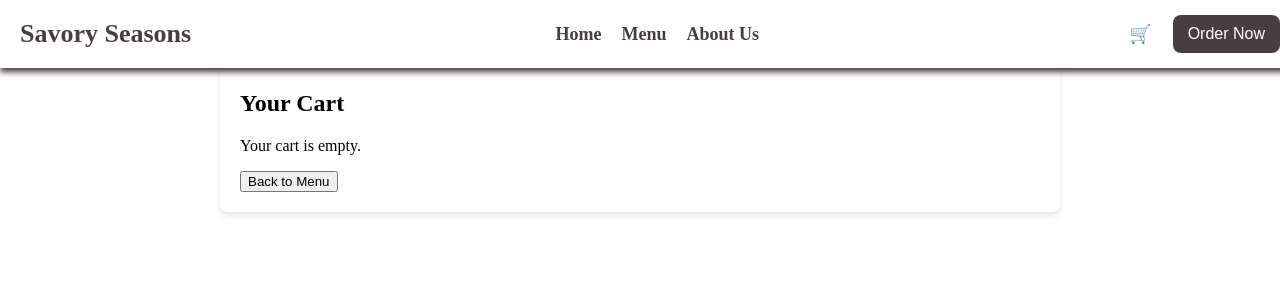
Repository: KalebMalone/Resturant
Page: /cart (app in my-app/)
The author's editor kept a copy of each file at every save. The page is drawn from the files as they stood at one save, then again after the next save.
The browser window is 1280 px wide. The pictures show the whole page.
The project was rebuilt for these pictures with package versions that can differ from the ones it lists, and the page was loaded fresh each time. Also part of the build but not shown: my-app/vite.config.js, my-app/src/index.css, my-app/src/pages/Home.jsx, my-app/src/components/Menu.jsx, my-app/src/pages/AboutUs.jsx, my-app/src/components/OrderPage.jsx.

Above is the page before, as saved 2025-03-28 20:58:19.

### my-app/src/App.jsx
import React from 'react';
import { BrowserRouter as Router, Routes, Route } from 'react-router-dom';
import NavBar from './components/NavBar';
import Home from './pages/Home';
import Menu from './components/Menu';
import AboutUs from './pages/AboutUs';
import OrderPage from './components/OrderPage';
import Cart from './components/Cart';
import { CartProvider } from './context/CartContext';

function App() {
  return (
    <CartProvider>
      <Router>
        <NavBar />
        <Routes>
          <Route path="/" element={<Home />} />
          <Route path="/menu" element={<Menu />} />
          <Route path="/about" element={<AboutUs />} />
          <Route path="/order" element={<OrderPage />} />
          <Route path="/cart" element={<Cart />} />
        </Routes>
      </Router>
    </CartProvider>
  );
}

export default App;

### my-app/src/components/NavBar.jsx
import { Link, useNavigate } from "react-router-dom";
import { useState } from "react";
import styled from "styled-components";

// Styling for the Header (Navbar container)
const Header = styled.header`
  position: fixed;
  top: 0;
  left: 0;
  width: 100%;
  background-color: rgb(255, 255, 255);
  padding: 15px 20px;
  box-shadow: 0 4px 6px rgb(71, 63, 63);
  z-index: 1000;
  display: flex;
  align-items: center;
  justify-content: space-between;
`;

// Title of the Navbar, clickable to navigate to Home
const Title = styled.h1`
  font-size: 26px;
  font-weight: bold;
  color: rgb(71, 63, 63);
  margin: 0;
  cursor: pointer;
  &:hover {
    color: rgb(71, 63, 63);
  }
`;

// Navigation container for the links
const Navigation = styled.nav`
  display: flex;
  gap: 20px;
  justify-content: center;
  flex-grow: 1;
`;

// Styling for individual navigation links
const StyledNavLink = styled(Link)`
  text-decoration: none;
  color: rgb(71, 63, 63);
  font-weight: bold;
  font-size: 18px;
  &:hover {
    color: rgb(71, 63, 63);
  }
`;

// Styled Cart Button
const CartButton = styled.button`
  background: none;
  border: none;
  font-size: 18px;
  color: rgb(71, 63, 63);
  cursor: pointer;
  position: relative;
  margin-right: 15px;

  &:hover {
    color: rgb(50, 50, 50);
  }
`;

// Cart Item Count Badge
const CartBadge = styled.span`
  background: red;
  color: white;
  font-size: 12px;
  font-weight: bold;
  border-radius: 50%;
  padding: 3px 7px;
  position: absolute;
  top: -5px;
  right: -10px;
`;

// Styling for the Order Now button
const OrderButton = styled.button`
  background: rgb(71, 63, 63);
  color: white;
  border: none;
  padding: 10px 15px;
  border-radius: 8px;
  cursor: pointer;
  font-size: 16px;
  margin-right: 20px;
  &:hover {
    background: rgb(50, 50, 50);
  }
`;

function NavBar() {
  const navigate = useNavigate();
  const [cartCount, setCartCount] = useState(0); // Example state, replace with real data

  return (
    <Header>
      <Link to="/" style={{ textDecoration: "none" }}>
        <Title>Savory Seasons</Title>
      </Link>

      <Navigation>
        <StyledNavLink to="/">Home</StyledNavLink>
        <StyledNavLink to="/menu">Menu</StyledNavLink>
        <StyledNavLink to="/about">About Us</StyledNavLink>
      </Navigation>

      {/* Cart Button */}
      <CartButton onClick={() => navigate("/cart")}>
        🛒
        {cartCount > 0 && <CartBadge>{cartCount}</CartBadge>}
      </CartButton>

      {/* Order Now Button */}
      <OrderButton onClick={() => navigate("/order")}>Order Now</OrderButton>
    </Header>
  );
}

export default NavBar;

### my-app/src/components/Cart.jsx
import React from 'react';
import styled from 'styled-components';
import { useNavigate } from 'react-router-dom';

const CartContainer = styled.div`
  max-width: 800px;
  margin: 50px auto;
  padding: 20px;
  background: white;
  box-shadow: 0 4px 6px rgba(0, 0, 0, 0.1);
  border-radius: 8px;
`;

const CartItem = styled.div`
  display: flex;
  justify-content: space-between;
  padding: 10px;
  border-bottom: 1px solid #ddd;
`;

const RemoveButton = styled.button`
  background: red;
  color: white;
  border: none;
  padding: 5px 10px;
  cursor: pointer;
  border-radius: 5px;
`;

const Cart = ({ cart, setCart }) => {
    const navigate = useNavigate();

    // Ensure cart is always an array
    const safeCart = cart || [];

    const removeFromCart = (index) => {
        const newCart = safeCart.filter((_, i) => i !== index);
        setCart(newCart);
    };

    return (
        <CartContainer>
            <h2>Your Cart</h2>
            {safeCart.length === 0 ? (
                <p>Your cart is empty.</p>
            ) : (
                safeCart.map((item, index) => (
                    <CartItem key={index}>
                        <span>{item.name} - ${item.price}</span>
                        <RemoveButton onClick={() => removeFromCart(index)}>Remove</RemoveButton>
                    </CartItem>
                ))
            )}
            <button onClick={() => navigate('/order')}>Back to Menu</button>
        </CartContainer>
    );
};


export default Cart;

### my-app/src/context/CartContext.jsx
// src/context/CartContext.js
import React, { createContext, useContext, useState } from 'react';

// Create a Context for the cart
const CartContext = createContext();

// Cart Provider component to wrap around your application
export const CartProvider = ({ children }) => {
    const [cart, setCart] = useState([]);

    const addToCart = (item) => {
        setCart((prevCart) => [...prevCart, item]);
    };

    const getCartItemCount = () => cart.length;

    return (
        <CartContext.Provider value={{ cart, addToCart, getCartItemCount }}>
            {children}
        </CartContext.Provider>
    );
};

// Custom hook to use cart context
export const useCart = () => useContext(CartContext);

Loaded but not shown: my-app/index.html (common file); my-app/src/main.jsx (common file)

After the next save:
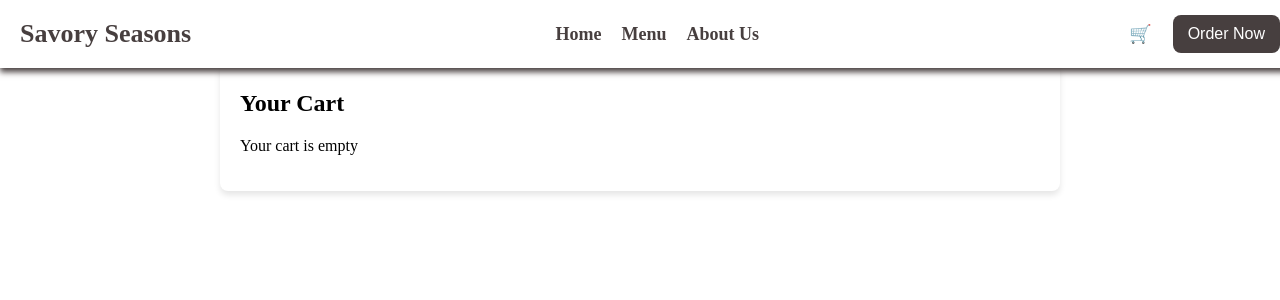
Saved 9 s later.
--- a/my-app/src/components/Cart.jsx
+++ b/my-app/src/components/Cart.jsx
@@ -1,5 +1,7 @@
+// components/Cart.js
 import React from 'react';
 import styled from 'styled-components';
+import { useCart } from '../context/CartContext';  // Import the custom hook
 import { useNavigate } from 'react-router-dom';
 
 const CartContainer = styled.div`
@@ -19,42 +21,45 @@ const CartItem = styled.div`
 `;
 
 const RemoveButton = styled.button`
-  background: red;
+  background-color: #ff4d4d;
   color: white;
   border: none;
   padding: 5px 10px;
   cursor: pointer;
   border-radius: 5px;
+
+  &:hover {
+    background-color: #ff3333;
+  }
 `;
 
-const Cart = ({ cart, setCart }) => {
+const Cart = () => {
+    const { cart, setCart } = useCart();  // Get cart state and setCart function from context
     const navigate = useNavigate();
 
-    // Ensure cart is always an array
-    const safeCart = cart || [];
-
     const removeFromCart = (index) => {
-        const newCart = safeCart.filter((_, i) => i !== index);
+        const newCart = cart.filter((_, i) => i !== index);
         setCart(newCart);
     };
 
     return (
         <CartContainer>
             <h2>Your Cart</h2>
-            {safeCart.length === 0 ? (
-                <p>Your cart is empty.</p>
+            {cart.length === 0 ? (
+                <p>Your cart is empty</p>
             ) : (
-                safeCart.map((item, index) => (
+                cart.map((item, index) => (
                     <CartItem key={index}>
                         <span>{item.name} - ${item.price}</span>
                         <RemoveButton onClick={() => removeFromCart(index)}>Remove</RemoveButton>
                     </CartItem>
                 ))
             )}
-            <button onClick={() => navigate('/order')}>Back to Menu</button>
+            {cart.length > 0 && (
+                <button onClick={() => navigate('/checkout')}>Proceed to Checkout</button>
+            )}
         </CartContainer>
     );
 };
 
-
 export default Cart;
